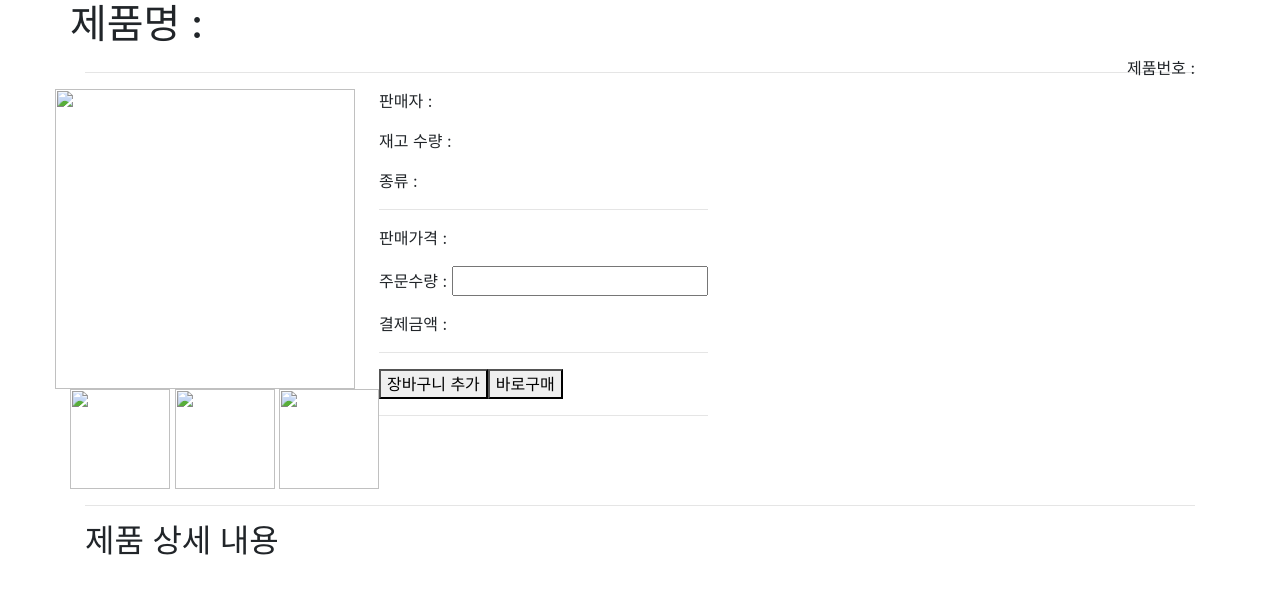
Repository: phoresis92/KITRI-spring
Page: http://localhost/springWeb2/WEB-INF/views/product/detail.jsp
These files come from the project's save history. The page is drawn as it stood at one moment and after the next save; the edit follows.
The browser window is 1280 px wide. The pictures show the whole page.
Some web libraries are served in a nearby version. The page is served by Tomcat 9. Nobody is signed in. The template is opened directly, without the code that normally fills it, so the values that code supplies are empty.

Above is the page before, as saved 2019-02-01 01:48:51.
Console error: SyntaxError: Unexpected token ';'

After the next save:
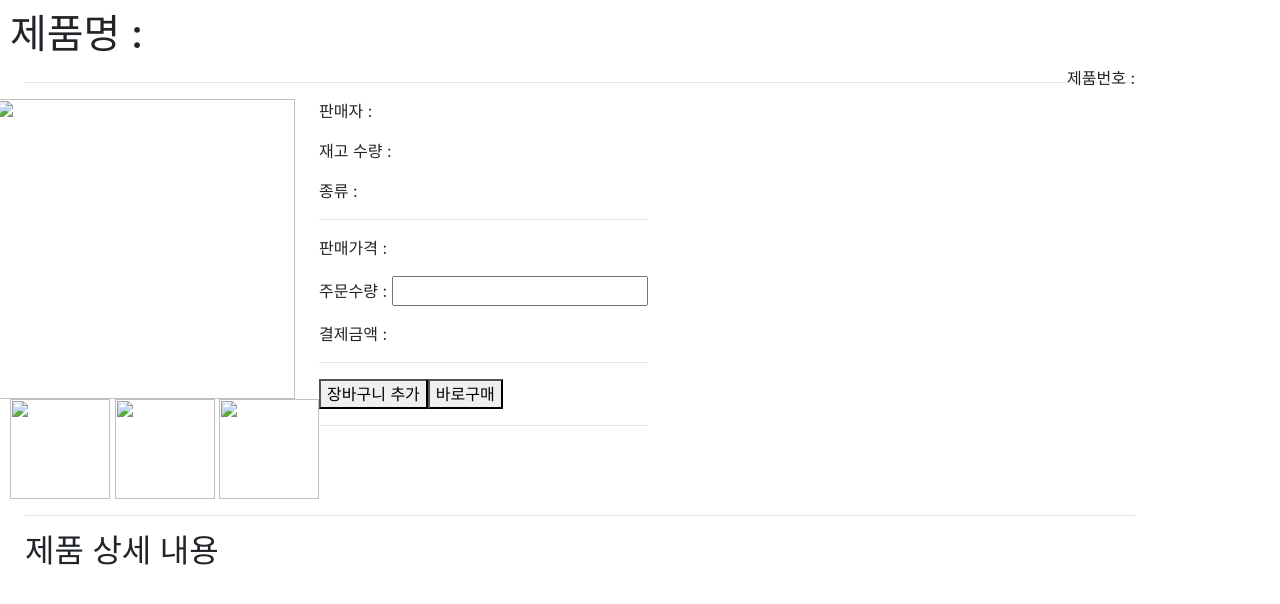
Saved 92 s later.
--- a/springWeb2/src/main/webapp/WEB-INF/views/product/detail.jsp
+++ b/springWeb2/src/main/webapp/WEB-INF/views/product/detail.jsp
@@ -25,6 +25,14 @@ $('#totalPay').text(price*quan);
 }
 
 </script>
+
+<style>
+
+.container{
+	margin: 10px;
+}
+
+</style>
 
 </head>
 <body>
